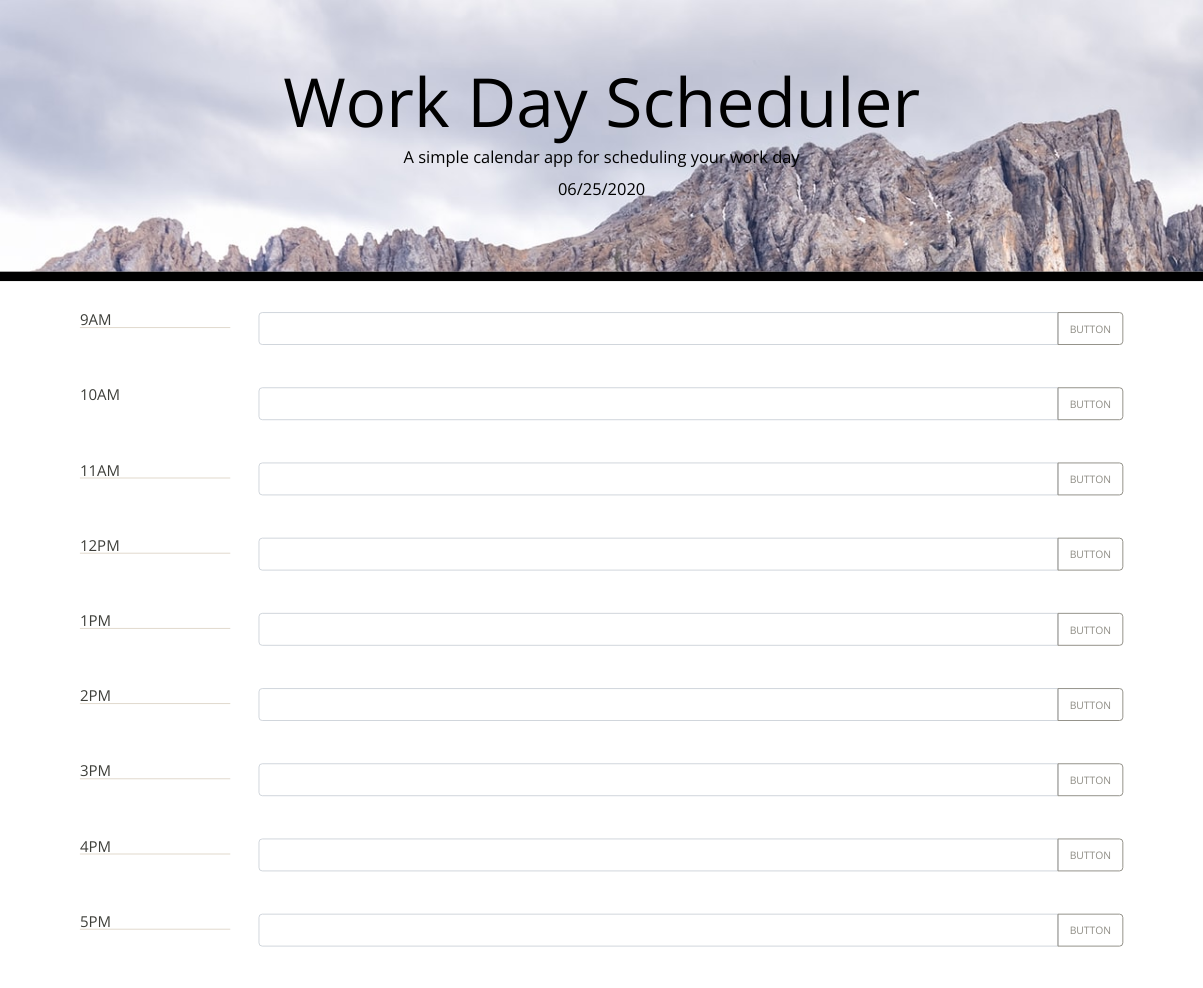
Repository: himaja830/Day-Planner
Page: Develop/index.html
These files come from the project's save history. The page is drawn as it stood at one moment and after the next save; the edit follows.
The browser window is 1280 px wide. The pictures show the whole page, at 94% of full size.
Some web libraries are served in a nearby version.

Above is the page before, as saved 2020-06-25 16:06:50.

### Develop/index.html
<!DOCTYPE html>
<html lang="en">

<head>
  <meta charset="UTF-8" />
  <meta name="viewport" content="width=device-width, initial-scale=1.0" />
  <meta http-equiv="X-UA-Compatible" content="ie=edge" />
  <link rel="stylesheet" href="https://stackpath.bootstrapcdn.com/bootstrap/4.3.1/css/bootstrap.min.css" />
  <link href="https://stackpath.bootstrapcdn.com/bootswatch/4.5.0/sandstone/bootstrap.min.css" rel="stylesheet" integrity="sha384-ztQCCdmKhYHBDMV3AyR4QGZ2/z6veowJBbsmvDJW/sTuMpB9lpoubJuD0ODGSbjh" crossorigin="anonymous">
  <link rel="stylesheet" href="https://use.fontawesome.com/releases/v5.8.1/css/all.css"
    integrity="sha384-50oBUHEmvpQ+1lW4y57PTFmhCaXp0ML5d60M1M7uH2+nqUivzIebhndOJK28anvf" crossorigin="anonymous" />
  <link href="https://fonts.googleapis.com/css?family=Open+Sans&display=swap" rel="stylesheet" />
  <link rel="stylesheet" href="style.css" />
  <title>Work Day Scheduler</title>
</head>

<body>
  <header class="jumbotron">
    <h1 class="display-3">Work Day Scheduler</h1>
    <p class="lead">A simple calendar app for scheduling your work day</p>
    <p id="currentDay" class="lead"></p>
  </header>

  <!-- Timeblocks go here -->
  <div class="container">
    <form>
    <div class="row">
      <div class="col-2">
        <p class= "border-bottom">9AM</p>
      </div>
      <div class="input-group mb-3 col-10">
        <input type="text" class="form-control"  aria-label="Recipient's username"
          aria-describedby="button-addon2" id="9">
        <div class="input-group-append">
          <button class="btn btn-outline-secondary" type="button" id="button-addon9" data-time="9">Button</button>
        </div>
      </div>
    </div>
  </form>
    <form>
      <div class="row">
        <div class="col-2">
          <p>10AM</p>
        </div>
        <div class="input-group mb-3 col-10">
          <input type="text" class="form-control"  aria-label="Recipient's username"
            aria-describedby="button-addon2" id="10">
          <div class="input-group-append">
            <button class="btn btn-outline-secondary" type="button" id="button-addon10" data-time="10">Button</button>
          </div>
        </div>
      </div>
    </form>
    <div class="row">
      <div class="col-2">
        <p class="border-bottom">11AM</p>
      </div>
      <div class="input-group mb-3 col-10">
        <input type="text" class="form-control"  aria-label="Recipient's username"
          aria-describedby="button-addon2" id="11">
        <div class="input-group-append">
          <button class="btn btn-outline-secondary" type="button" id="button-addon11" data-time="11">Button</button>
        </div>
      </div>
    </div>
  </form>

    <form>
      <div class="row">
        <div class="col-2" >
          <p class="border-bottom">12PM</p>
        </div>
        <div class="input-group mb-3 col-10">
          <input type="text" class="form-control"  aria-label="Recipient's username"
            aria-describedby="button-addon2" id="12">
          <div class="input-group-append">
            <button class="btn btn-outline-secondary" type="button" id="button-addon12" data-time="12">Button</button>
          </div>
        </div>
      </div>
    </form>

    <form>
      <div class="row">
        <div class="col-2">
          <p class="border-bottom">1PM</p>
        </div>
        <div class="input-group mb-3 col-10">
          <input type="text" class="form-control"  aria-label="Recipient's username"
            aria-describedby="button-addon2" id="1">
          <div class="input-group-append">
            <button class="btn btn-outline-secondary" type="button" id="button-addon1" data-time="1">Button</button>
          </div>
        </div>
      </div>
    </form>

    <form>
      <div class="row">
        <div class="col-2">
          <p class="border-bottom">2PM</p>
        </div>
        <div class="input-group mb-3 col-10">
          <input type="text" class="form-control"  aria-label="Recipient's username"
            aria-describedby="button-addon2" id="2">
          <div class="input-group-append">
            <button class="btn btn-outline-secondary" type="button" id="button-addon2" data-time="2">Button</button>
          </div>
        </div>
      </div>
    </form>
    <form>
      <div class="row">
        <div class="col-2">
          <p class="border-bottom">3PM</p>
        </div>
        <div class="input-group mb-3 col-10">
          <input type="text" class="form-control"  aria-label="Recipient's username"
            aria-describedby="button-addon2" id="3">
          <div class="input-group-append">
            <button class="btn btn-outline-secondary" type="button" id="button-addon3" data-time="3">Button</button>
          </div>
        </div>
      </div>
    </form>

    <form>
      <div class="row">
        <div class="col-2">
          <p class="border-bottom">4PM</p>
        </div>
        <div class="input-group mb-3 col-10">
          <input type="text" class="form-control"  aria-label="Recipient's username"
            aria-describedby="button-addon2" id="4">
          <div class="input-group-append">
            <button class="btn btn-outline-secondary" type="button" id="button-addon4" data-time="4">Button</button>
          </div>
        </div>
      </div>
    </form>

    <form>
      <div class="row">
        <div class="col-2">
          <p class="border-bottom">5PM</p>
        </div>
        <div class="input-group mb-3 col-10">
          <input type="text" class="form-control"  aria-label="Recipient's username"
            aria-describedby="button-addon2" id="5">
          <div class="input-group-append">
            <button class="btn btn-outline-secondary" type="button" id="button-addon5" data-time="5">Button</button>
          </div>
        </div>
      </div>
    </form>
  </div>


  <script src="https://code.jquery.com/jquery-3.4.1.min.js"></script>
  <script src="https://cdnjs.cloudflare.com/ajax/libs/moment.js/2.24.0/moment.min.js"></script>
  <script src="script.js"></script>
</body>

</html>

### Develop/style.css
body {
  font-family: 'Open Sans', sans-serif;
  font-size: 16px;
  line-height: 1;
}

textarea {
  background: transparent;
  border: none;
  resize: none;
  color: #000000;
  border-left: 1px solid black;
  padding: 10px;
}

.jumbotron {
  text-align: center;
  background-color: transparent;
  font-weight: bolder;
  color: black;
  border-radius: 0;
  border-bottom: 10px solid black;
  background-image: url("riccardo-chiarini-2VDa8bnLM8c-unsplash (2).jpg");
}

.description {
  white-space: pre-wrap;
}

.time-block {
  text-align: center;
  border-radius: 15px;
}

.row {
  height: 80px;
  border-top: 1px solid white;
  ;
}

.hour {
  background-color: #ffffff;
  color: #000000;
  border-top: 1px dashed #000000;
}

.past {
  background-color: #d3d3d3;
  color: white;
}

.present {
  background-color: #ff6961;
  color: white;
}

.future {
  background-color: #77dd77;
  color: white;
}

.saveBtn {
  border-left: 1px solid black;
  border-top-right-radius: 15px;
  border-bottom-right-radius: 15px;
  background-color: #06AED5;
  color: white;
}

.saveBtn i:hover {
  font-size: 20px;
  transition: all .3s ease-in-out;
}

.btn {
  height: 35px;
}

.bg-red {
  background-color: rgb(255, 1, 1);
}

.bg-green {
  background-color: rgba(8, 131, 8, 0.788);
}

.bg-gray {
  background-color: #cfdce9da;
}

### Develop/script.js
$(document).ready(() => {
    localStorage.setItem("userData",[]);


    var now = moment().format("MM/DD/YYYY");
    var date = $("#currentDay");
    date.text(now);



    $(".btn").on("click", function (event) {
        event.preventDefault();
        var inputText = event.target;
        var input = $(this).attr("data-time");
        var inputText = $(`#${input}`).val();
        localStorage.setItem("inputText",$(`#${input}`).val());
    })




    $("input").each(function () {
        var inputText = parseInt($(this).attr("data-time"));
        if (inputText < now) {
            $(this).addClass("bg-gray");
        }


        if (inputText > now) {
            $(this).addClass("bg-green")
        }

        if (inputText === now) {
            $(this).addClass("bg-red")
        }
})


});

After the next save:
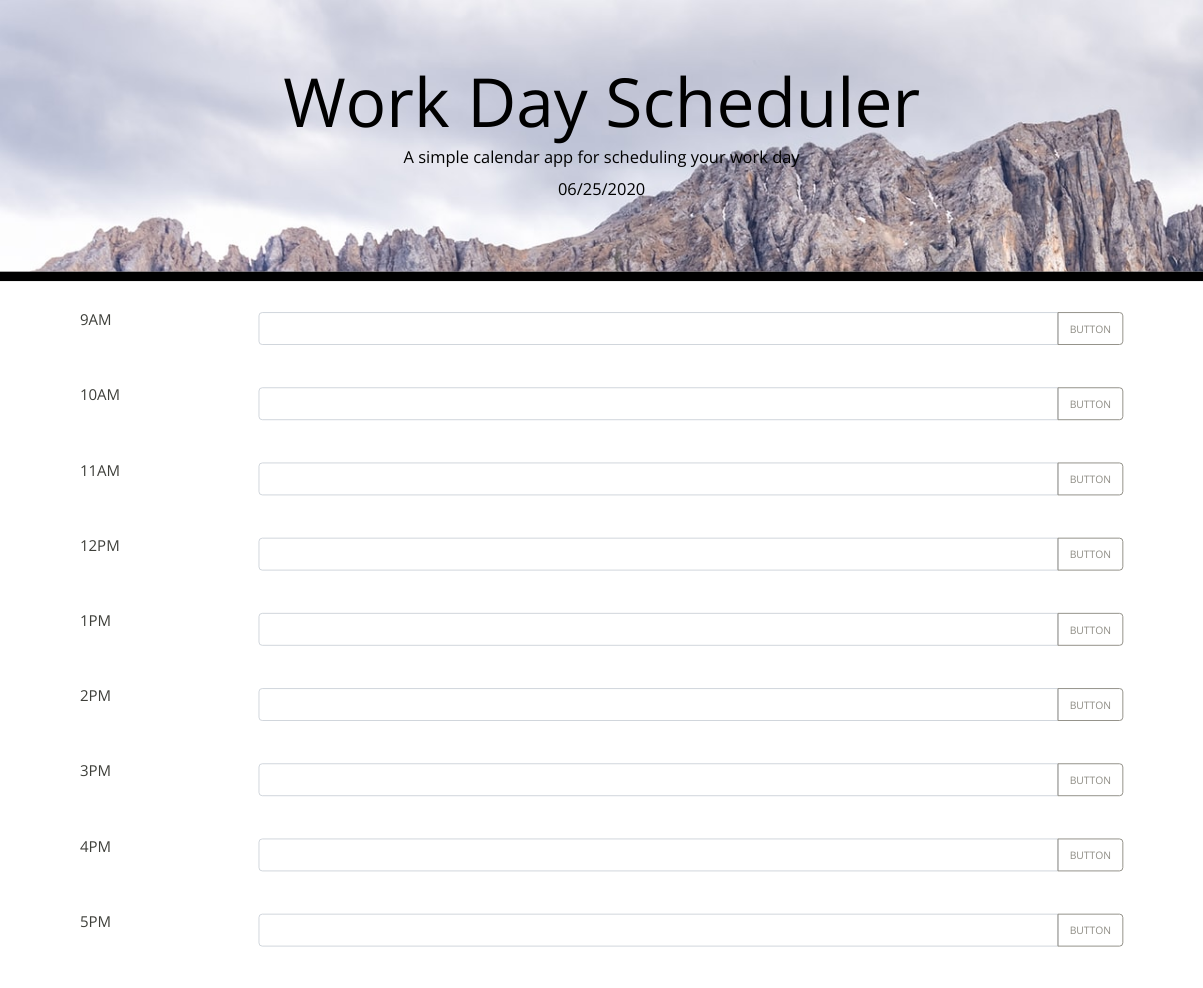
Saved 106 s later.
--- a/Develop/index.html
+++ b/Develop/index.html
@@ -26,7 +26,7 @@
     <form>
     <div class="row">
       <div class="col-2">
-        <p class= "border-bottom">9AM</p>
+        <p>9AM</p>
       </div>
       <div class="input-group mb-3 col-10">
         <input type="text" class="form-control"  aria-label="Recipient's username"
@@ -53,7 +53,7 @@
     </form>
     <div class="row">
       <div class="col-2">
-        <p class="border-bottom">11AM</p>
+        <p>11AM</p>
       </div>
       <div class="input-group mb-3 col-10">
         <input type="text" class="form-control"  aria-label="Recipient's username"
@@ -68,7 +68,7 @@
     <form>
       <div class="row">
         <div class="col-2" >
-          <p class="border-bottom">12PM</p>
+          <p>12PM</p>
         </div>
         <div class="input-group mb-3 col-10">
           <input type="text" class="form-control"  aria-label="Recipient's username"
@@ -83,7 +83,7 @@
     <form>
       <div class="row">
         <div class="col-2">
-          <p class="border-bottom">1PM</p>
+          <p>1PM</p>
         </div>
         <div class="input-group mb-3 col-10">
           <input type="text" class="form-control"  aria-label="Recipient's username"
@@ -98,7 +98,7 @@
     <form>
       <div class="row">
         <div class="col-2">
-          <p class="border-bottom">2PM</p>
+          <p>2PM</p>
         </div>
         <div class="input-group mb-3 col-10">
           <input type="text" class="form-control"  aria-label="Recipient's username"
@@ -112,7 +112,7 @@
     <form>
       <div class="row">
         <div class="col-2">
-          <p class="border-bottom">3PM</p>
+          <p>3PM</p>
         </div>
         <div class="input-group mb-3 col-10">
           <input type="text" class="form-control"  aria-label="Recipient's username"
@@ -127,7 +127,7 @@
     <form>
       <div class="row">
         <div class="col-2">
-          <p class="border-bottom">4PM</p>
+          <p>4PM</p>
         </div>
         <div class="input-group mb-3 col-10">
           <input type="text" class="form-control"  aria-label="Recipient's username"
@@ -142,7 +142,7 @@
     <form>
       <div class="row">
         <div class="col-2">
-          <p class="border-bottom">5PM</p>
+          <p>5PM</p>
         </div>
         <div class="input-group mb-3 col-10">
           <input type="text" class="form-control"  aria-label="Recipient's username"
